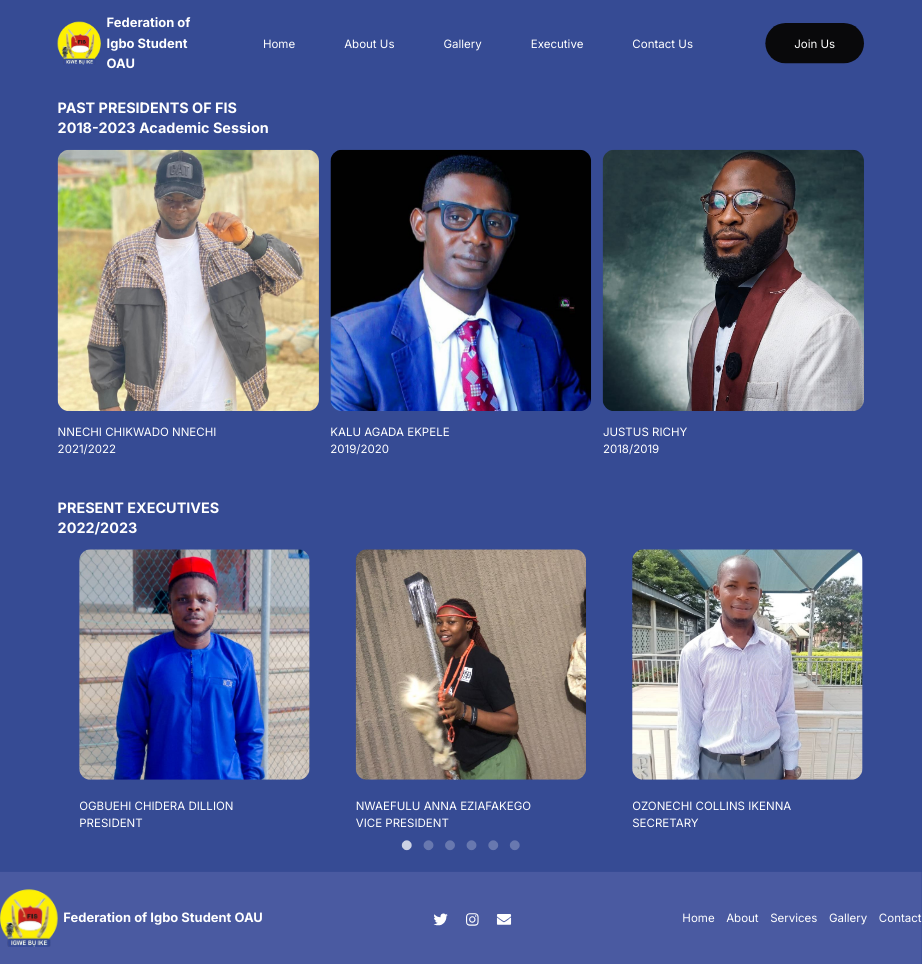
Repository: akinolapo/fis
Page: /executive
The author's editor kept a copy of each file at every save. The page is drawn from the files as they stood at one save, then again after the next save.
The browser window is 1280 px wide. The pictures show the whole page, at 72% of full size.
The project was rebuilt for these pictures with package versions that can differ from the ones it lists, and the page was loaded fresh each time. The framework's server and built-in components were replaced by stand-ins that run in the browser. Also part of the build but not shown: next.config.mjs.

Above is the page before, as saved 2024-05-06 23:21:53.

### app/layout.tsx
import type { Metadata } from "next";
import { Inter } from "next/font/google";
import "./globals.css";
import Header from "./components/Header/Header";
import Head from "next/head";
import Footer from "./components/Footer/Footer";
import { NavMobile } from "./components/Header/MobileNav/NavMobile";



const inter = Inter({ subsets: ["latin"] });

export const metadata: Metadata = {
  title: "Federation of Igbo Student OAU",
  description: "Federation of Igbo Student OAU",
};

export default function RootLayout({
  children,
}: Readonly<{
  children: React.ReactNode;
}>) {
  return (
    <html lang="en">
       <Head>
        <meta charSet="utf-8" />
        <meta name="viewport" content="width=device-width, initial-scale=1" />
        <meta name="theme-color" content="#ffffff" />
        <link rel="manifest" href="/site.webmanifest" />
        <link rel="icon" href="/favicon.ico" />
        {/* Add any other meta tags you need */}
      </Head>
      <body className={inter.className}>
        <main className="px-6 lg:px-20">
        <Header/>
        <NavMobile/>
        {children}
        </main>
        <Footer/>
        </body>
    </html>
  );
}

### app/executive/page.tsx
import React from "react";
import ThreeImagesWithTitles from "../components/ImageTitle/ThreeImagesWithTitles";
import Excos from "../components/Excos/Excos";

const page = () => {
  return (
    <div className="py-4">
      <h3 className="font-bold text-xl mb-4">
        PAST PRESIDENTS OF FIS<br></br>2018-2023 Academic Session
      </h3>
      <ThreeImagesWithTitles
        imagesData={[
          {
            imageSrc: "/images/exc1.jpeg",
            title: "NNECHI CHIKWADO NNECHI",
            subtitle: "2021/2022",
          },
          {
            imageSrc: "/images/exc2.jpeg",
            title: "KALU AGADA EKPELE",
            subtitle: "2019/2020",
          },
          {
            imageSrc: "/images/exc3.jpeg",
            title: "JUSTUS RICHY",
            subtitle: "2018/2019",
          },
        ]}
      />
      <Excos />
    </div>
  );
};

export default page;

### app/globals.css
@tailwind base;
@tailwind components;
@tailwind utilities;z

*{
  margin: 0;
  padding: 0;
}

.bg-myDarkColor{
  background-color: #364B94;
}

.bg-myLightColor{
  background-color: #4A5AA1;
}

body {
  background: #364B94 !important;
  color: #ffffff !important;
}

footer{
  background: #4A5AA1 !important;
}

a {
  text-decoration: none !important;
  color: #ffffff !important;
}

footer a:hover{
  color: rgb(156 163 175);
}

@layer utilities {
  .text-balance {
    text-wrap: balance;
  }
}

### app/components/Header/Header.tsx
import Image from "next/image";

const Header = () => {
  return (
    <header className="hidden justify-between items-center py-4 text-white lg:flex">
      {/* Logo and Site Title */}
      <div className="flex items-center">
        <Image src="/logo.png" alt="Logo" width={60} height={60} className="mr-2"  />
        <h1 className="text-lg font-bold">Federation of <br></br>Igbo Student<br></br> OAU</h1>
      </div>

      {/* Menu */}
      <nav className="flex justify-center flex-grow">
        <ul className="flex gap-1">
          <a href="/"><li className="cursor-pointer hover:text-gray-400 p-8">Home</li></a>
          <a href="/about"><li className="cursor-pointer hover:text-gray-400 p-8">About Us</li></a>
          <a href="/gallery"><li className="cursor-pointer hover:text-gray-400 p-8">Gallery</li></a>
          <a href="/executive"><li className="cursor-pointer hover:text-gray-400 p-8">Executive</li></a>
          <a href="contact"><li className="cursor-pointer hover:text-gray-400 p-8">Contact Us</li></a>
        </ul>
      </nav>

      {/* Join Us Button */}
      <button className="rounded-full py-4 px-10 bg-zinc-950 hover:bg-black text-white">
        Join Us
      </button>
    </header>
  );
};

export default Header;

### app/components/Footer/Footer.tsx
// Footer.tsx

import { FaTwitter, FaInstagram, FaEnvelope } from "react-icons/fa";

const Footer = () => {
  return (
    <footer className="text-white py-6">
      <div className="container mx-auto flex flex-col md:flex-row justify-between items-center">
        {/* Left section with logo, site title, and contact info */}
        <div className="flex items-center mb-4 md:mb-0">
          <img src="/logo.png" alt="Logo" className="h-20 mr-2" />
          <div className="text-lg font-bold">Federation of Igbo Student OAU</div>
        </div>
        <div>
          {/* <h3>Contact Us</h3> */}
          <div className="flex flex-col">
            <div className="flex items-center mt-1">
              <a
                href="https://twitter.com/"
                target="_blank"
                rel="noopener noreferrer"
                className="mr-2 text-white bg-primary p-2 rounded-full"
              >
                <FaTwitter className="text-xl" />
              </a>
              <a
                href="https://www.instagram.com/"
                target="_blank"
                rel="noopener noreferrer"
                className="mr-2 text-white bg-primary p-2 rounded-full"
              >
                <FaInstagram className="text-xl" />
              </a>
              <a
                href="mailto:example@example.com"
                target="_blank"
                rel="noopener noreferrer"
                className="text-white bg-primary p-2 rounded-full"
              >
                <FaEnvelope className="text-xl" />
              </a>
            </div>
          </div>
        </div>

        {/* Right section with site menu items */}
        <div className="md:hidden mt-4">
          <ul className="flex flex-wrap justify-center">
            <li className="mr-4 mb-2">
              <a href="/">Home</a>
            </li>
            <li className="mr-4 mb-2">
              <a href="/about">About</a>
            </li>
            <li className="mr-4 mb-2">
              <a href="/gallery">Gallery</a>
            </li>
            <li className="mr-4 mb-2">
              <a href="executive">Excecutive</a>
            </li>
            <li className="mb-2">
              <a href="contact">Contact</a>
            </li>
          </ul>
        </div>
        {/* Right section with site menu items */}
        <div className="hidden md:block">
          <ul className="flex">
            <li className="mr-4">
              <a href="#">Home</a>
            </li>
            <li className="mr-4">
              <a href="#">About</a>
            </li>
            <li className="mr-4">
              <a href="#">Services</a>
            </li>
            <li className="mr-4">
              <a href="#">Gallery</a>
            </li>
            <li>
              <a href="#">Contact</a>
            </li>
          </ul>
        </div>
      </div>
    </footer>
  );
};

export default Footer;

### app/components/Header/MobileNav/NavMobile.tsx
'use client'

import { useClickAway } from "react-use";
import { useRef } from "react";
import { useState } from "react";
import { AnimatePresence, motion } from "framer-motion";
import { Squash as Hamburger } from "hamburger-react";
import { routes } from "./routes";
import Image from "next/image";

export const NavMobile = () => {
  const [isOpen, setOpen] = useState(false);
  const ref = useRef(null);

  useClickAway(ref, () => setOpen(false));

  return (
    <div ref={ref} className="flex items-center justify-between py-2 lg:hidden">
      <Image src="/logo.png" alt="Logo" width={60} height={60} className="mr-2"  />
      <Hamburger toggled={isOpen} size={20} toggle={setOpen} />
      <AnimatePresence>
        {isOpen && (
          <motion.div
            initial={{ opacity: 0 }}
            animate={{ opacity: 1 }}
            exit={{ opacity: 0 }}
            transition={{ duration: 0.2 }}
            className="fixed z-20 bg-myDarkColor left-0 shadow-4xl right-0 top-[4.5rem] p-4"
          >
            <ul className="grid gap-2">
              {routes.map((route, idx) => {

                return (
                  <motion.li
                    initial={{ scale: 0, opacity: 0 }}
                    animate={{ scale: 1, opacity: 1 }}
                    transition={{
                      type: "spring",
                      stiffness: 260,
                      damping: 20,
                      delay: 0.1 + idx / 10,
                    }}
                    key={route.title}
                    className="w-full p-[0.08rem] rounded-xl bg-primary "
                  >
                    <a
                      onClick={() => setOpen((prev) => !prev)}
                      className={
                        "flex items-center justify-between w-full p-3 rounded-xl bg-myLightColor text-white"
                      }
                      href={route.href}
                    >
                      <span className="flex gap-1 text-lg">{route.title}</span>
                    </a>
                  </motion.li>
                );
              })}
            </ul>
          </motion.div>
        )}
      </AnimatePresence>
    </div>
  );
};

### app/components/ImageTitle/ThreeImagesWithTitles.tsx

import ImageWithTitle from './ImageWithTitle';

interface ImageData {
  imageSrc: string;
  title: string;
  subtitle: string;
}

interface ThreeImagesWithTitlesProps {
  imagesData: ImageData[];
}

const ThreeImagesWithTitles: React.FC<ThreeImagesWithTitlesProps> = ({ imagesData }) => {
  return (
    <div className="container mx-auto pb-8">
      <div className="flex gap-4 flex-col md:flex-row">
        {imagesData.map((data, index) => (
          <ImageWithTitle
            key={index}
            imageSrc={data.imageSrc}
            title={data.title}
            subtitle={data.subtitle}
          />
        ))}
      </div>
    </div>
  );
};

export default ThreeImagesWithTitles;

### app/components/Excos/Excos.tsx
import React from 'react'
import Members from '../Slider/Members'

const Excos = () => {
  return (
    <div>
        <h3 className="font-bold text-xl mb-4">PRESENT EXECUTIVES<br></br> 2022/2023</h3>
        <Members/>
    </div>
  )
}

export default Excos

### app/components/Header/MobileNav/routes.ts
export const routes = [
    {
      title: "Home",
      href: "/",
    },
    {
      title: "About Us",
      href: "/about",
    },
    {
      title: "Gallery",
      href: "gallery",
    },
    {
      title: "Executive",
      href: "executive",
    },
    {
      title: "Contact Us",
      href: "contact",
    },
    {
      title: "Join Us",
      href: "#",
    },
  ];

### app/components/ImageTitle/ImageWithTitle.tsx
import Image from 'next/image';
import React from 'react';

interface ImageWithTitleProps {
  imageSrc: string;
  title: string;
  subtitle: string;
}

const ImageWithTitle: React.FC<ImageWithTitleProps> = ({ imageSrc, title, subtitle }) => {
  return (
    <div className="mb-6 md:w-1/2 lg:w-1/3">
      <Image src={imageSrc} alt={title} className="w-full h-auto mb-4 rounded-2xl" width={320} height={320} />
      <h5>{title}</h5>
      <p>{subtitle}</p>
    </div>
  );
};

export default ImageWithTitle;

### app/components/Slider/Members.tsx
'use client'

import React from 'react';
import Slider from 'react-slick';
import 'slick-carousel/slick/slick.css';
import 'slick-carousel/slick/slick-theme.css';

import './members.css'
import Image from 'next/image';

// Sample data for members
const membersData = [
  { id: 1, name: 'OGBUEHI CHIDERA DILLION', position: 'PRESIDENT', image: '/images/member1.jpg' },
  { id: 2, name: 'NWAEFULU ANNA EZIAFAKEGO', position: 'VICE PRESIDENT', image: '/images/member2.jpg' },
  { id: 3, name: 'OZONECHI COLLINS IKENNA', position: 'SECRETARY', image: '/images/member3.jpg' },
  { id: 4, name: 'UGWUEKE DANIEL IGWEBUIKE', position: 'FINANCIAL SECRETARY', image: '/images/member4.jpg' },
  { id: 5, name: 'OGONNAYA KELVIN', position: 'DIRECTOR OF SOCIALS ', image: '/images/member5.jpg' },
  { id: 6, name: 'UCHE U. DEBORAH', position: 'PUBLIC RELATIONS OFFICER', image: '/images/member6.jpg' },
  // Add more members here
];

const Members = () => {
  const settings = {
    dots: true,
    infinite: true,
    speed: 500,
    slidesToShow: 3, // Show 3 members at a time on desktop
    slidesToScroll: 1,
    arrows: false, // Hide arrow navigation
    responsive: [
      {
        breakpoint: 1024, // Tablet
        settings: {
          slidesToShow: 2, // Show 2 members at a time on tablet
        },
      },
      {
        breakpoint: 600, // Mobile
        settings: {
          slidesToShow: 1, // Show 1 member at a time on mobile
        },
      },
    ],
  };

  return (
    <div className='relative'>
      <Slider {...settings}>
        {membersData.map((member) => (
          <div key={member.id} className='mb-10'>
            <Image src={member.image} alt={member.name} width={320} height={320} className='rounded-2xl mb-6' />
            <h5>{member.name}</h5>
            <p>{member.position}</p>
          </div>
        ))}
      </Slider>
    </div>
  );
};

export default Members;

### app/components/Slider/members.css
  /* members.css */

/* Override default slider styles */
.slick-slider {
    width: 100%; /* Ensure the slider spans the full width of its container */
  }

  .slick-list {
    overflow: hidden; /* Hide overflow to prevent slider from extending beyond its container */
  }

  .slick-track {
    display: flex !important; /* Ensure the track uses flexbox layout */
  }

  .slick-slide {
    flex: 0 0 auto; /* Prevent slides from growing or shrinking */
    margin-right: 10px; /* Adjust the gap size between slides */
  }

  .slick-dots {
    position: absolute; /* Position the dots container absolutely */
    bottom: 10px; /* Adjust the vertical position as needed */
    left: 50%; /* Center the dots horizontally */
    transform: translateX(-50%); /* Center the dots horizontally */
    z-index: 1; /* Ensure dots are above the slides */
  }

  .slick-dots li {
    display: inline-block; /* Display dots horizontally */
  }

  .slick-dots li button:before {
    color: white !important; /* Change bullet dot color to white */
    font-size: 16px;
  }

  /* Adjust Image component styling */
  .Image {
    display: block;
    width: 100%;
    height: auto;
  }

Loaded but not shown: tailwind.config.ts (common file)

After the next save:
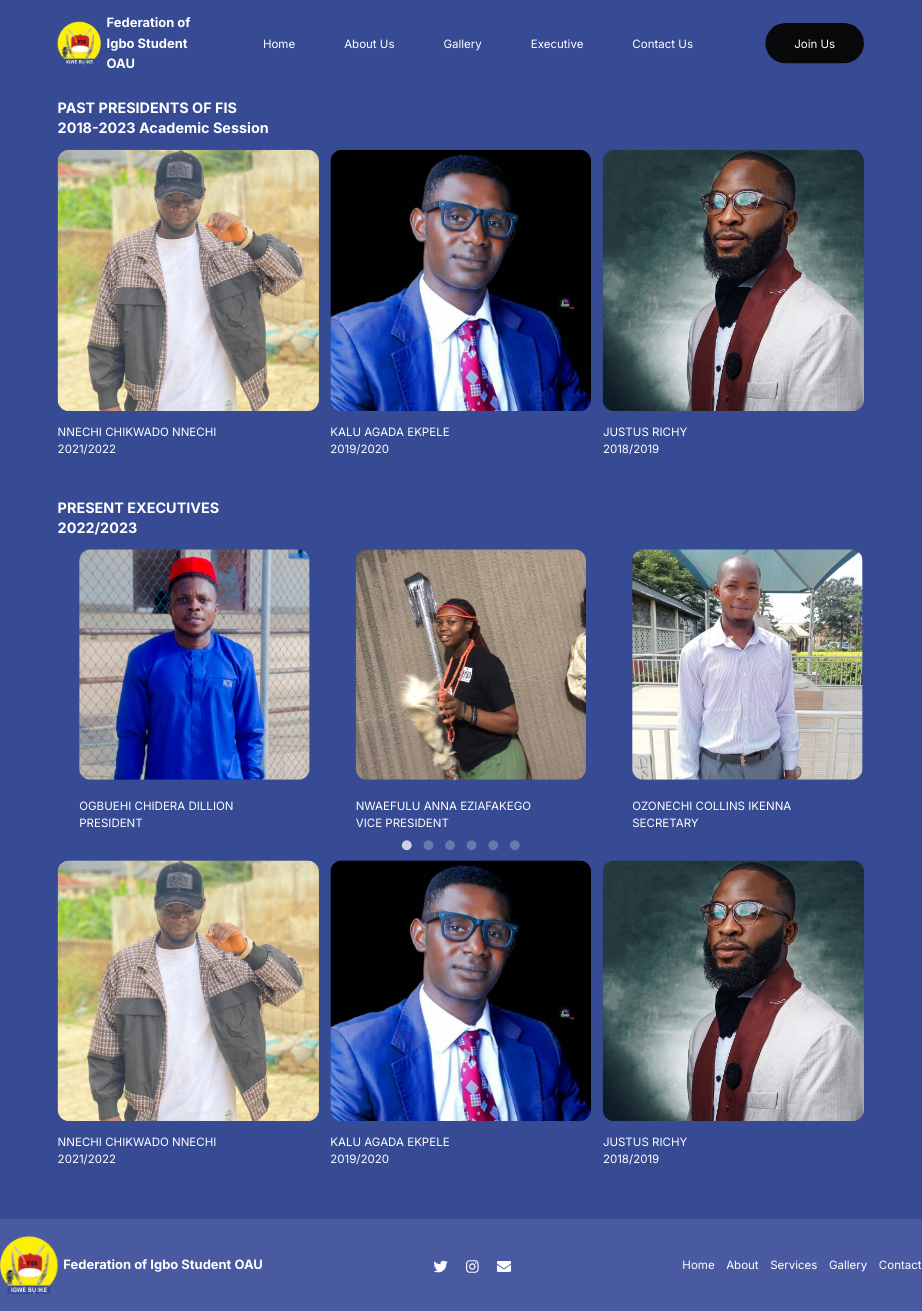
Saved 4 s later.
--- a/app/executive/page.tsx
+++ b/app/executive/page.tsx
@@ -28,6 +28,27 @@ const page = () => {
         ]}
       />
       <Excos />
+
+      <ThreeImagesWithTitles
+  imagesData={[
+    {
+      imageSrc: "/images/exc1.jpeg",
+      title: "NNECHI CHIKWADO NNECHI",
+      subtitle: "2021/2022",
+    },
+    {
+      imageSrc: "/images/exc2.jpeg",
+      title: "KALU AGADA EKPELE",
+      subtitle: "2019/2020",
+    },
+    {
+      imageSrc: "/images/exc3.jpeg",
+      title: "JUSTUS RICHY",
+      subtitle: "2018/2019",
+    },
+  ]}
+/>
+
     </div>
   );
 };
